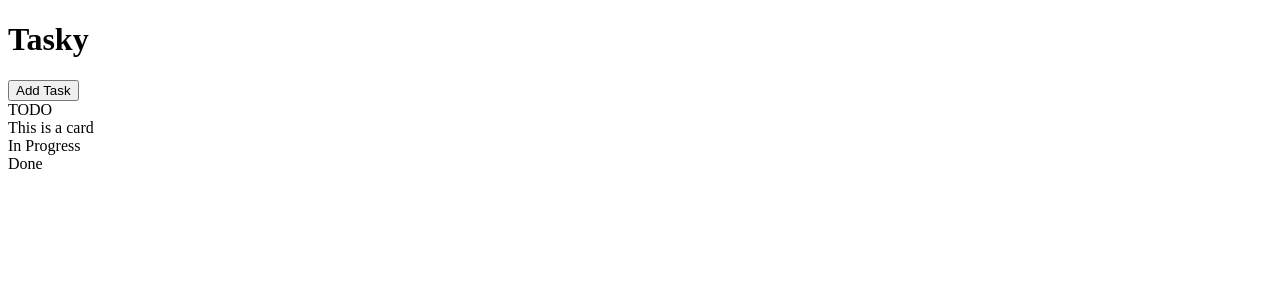
Repository: pavitrapai10/MERN-Stack
Page: Task_Management/index.html
These files come from the project's save history. The page is drawn as it stood at one moment and after the next save; the edit follows.
The browser window is 1280 px wide. The pictures show the whole page.
After loading, the first visible `#addTask` was clicked once.

Above is the page before, as saved 2024-07-11 18:46:52.

### Task_Management/index.html
<!DOCTYPE html>
<html lang="en">
<head>
    <meta charset="UTF-8">
    <meta name="viewport" content="width=device-width, initial-scale=1.0">
    <title>TASKY</title>
</head>
<body>
    <div class=" task-component">
        <h1>Tasky</h1>
        <button id="addTask"> Add Task</button>
    </div>

    <div id="todo" class="column">TODO</div>
    <div id="inProgress" class="column">In Progress</div>
    <div id="done" class="column">Done</div>
</div>

<script src="script.js"></script>

</body>
</html>

### Task_Management/script.js
let todoContainer = document.querySelector('#todo');
let addTaskBtn = document.querySelector('#addTask');

addTaskBtn.addEventListener("click", ()=>{
    let card=document.createElement("div")   //to dynamically create a div through js
    card.innerText="This is a card"
    card.placeholder="Enter a Task"
    card.type="text"
    card.contentEditable=true
    card.className="card"


    //or we can use
    card.setAttribute("class", "card")
    card.setAttribute("contenteditable", true)
    todoContainer.append(card)
})

After the next save:
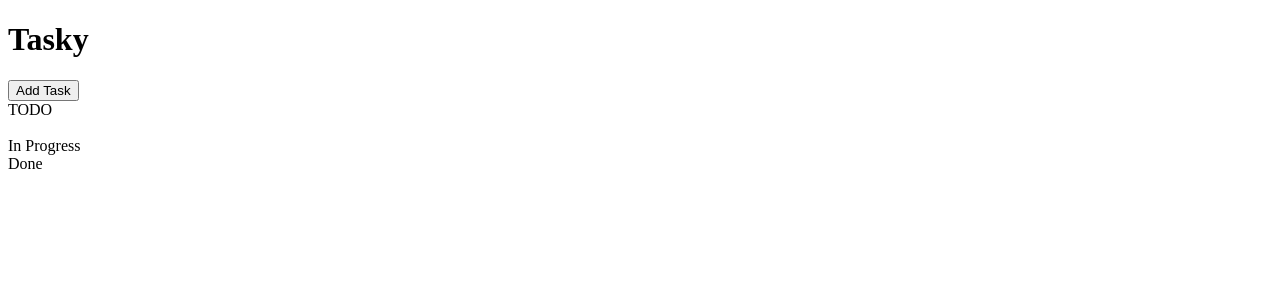
Saved 8 s later.
--- a/Task_Management/script.js
+++ b/Task_Management/script.js
@@ -3,11 +3,11 @@ let addTaskBtn = document.querySelector('#addTask');
 
 addTaskBtn.addEventListener("click", ()=>{
     let card=document.createElement("div")   //to dynamically create a div through js
-    card.innerText="This is a card"
-    card.placeholder="Enter a Task"
-    card.type="text"
-    card.contentEditable=true
-    card.className="card"
+    // card.innerText="This is a card"
+    // card.placeholder="Enter a Task"
+    // card.type="text"
+    // card.contentEditable=true
+    // card.className="card"
 
 
     //or we can use
